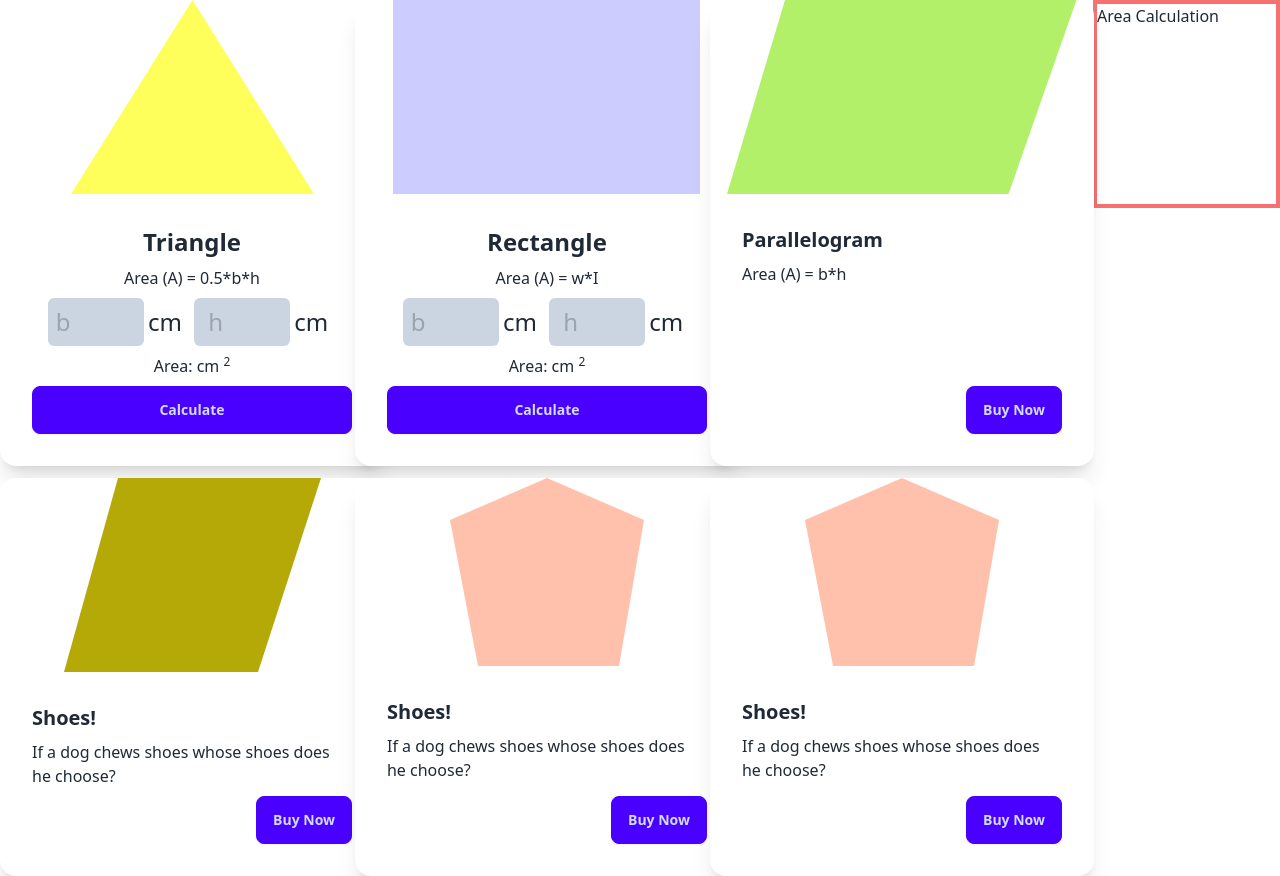
Repository: RudrasahaDibos/geometry
Page: index.html
The author's editor kept a copy of each file at every save. The page is drawn from the files as they stood at one save, then again after the next save.
The browser window is 1280 px wide. The pictures show the whole page.
Some web libraries are served in a nearby version.

Above is the page before, as saved 2024-11-03 22:16:22.

After the next save:
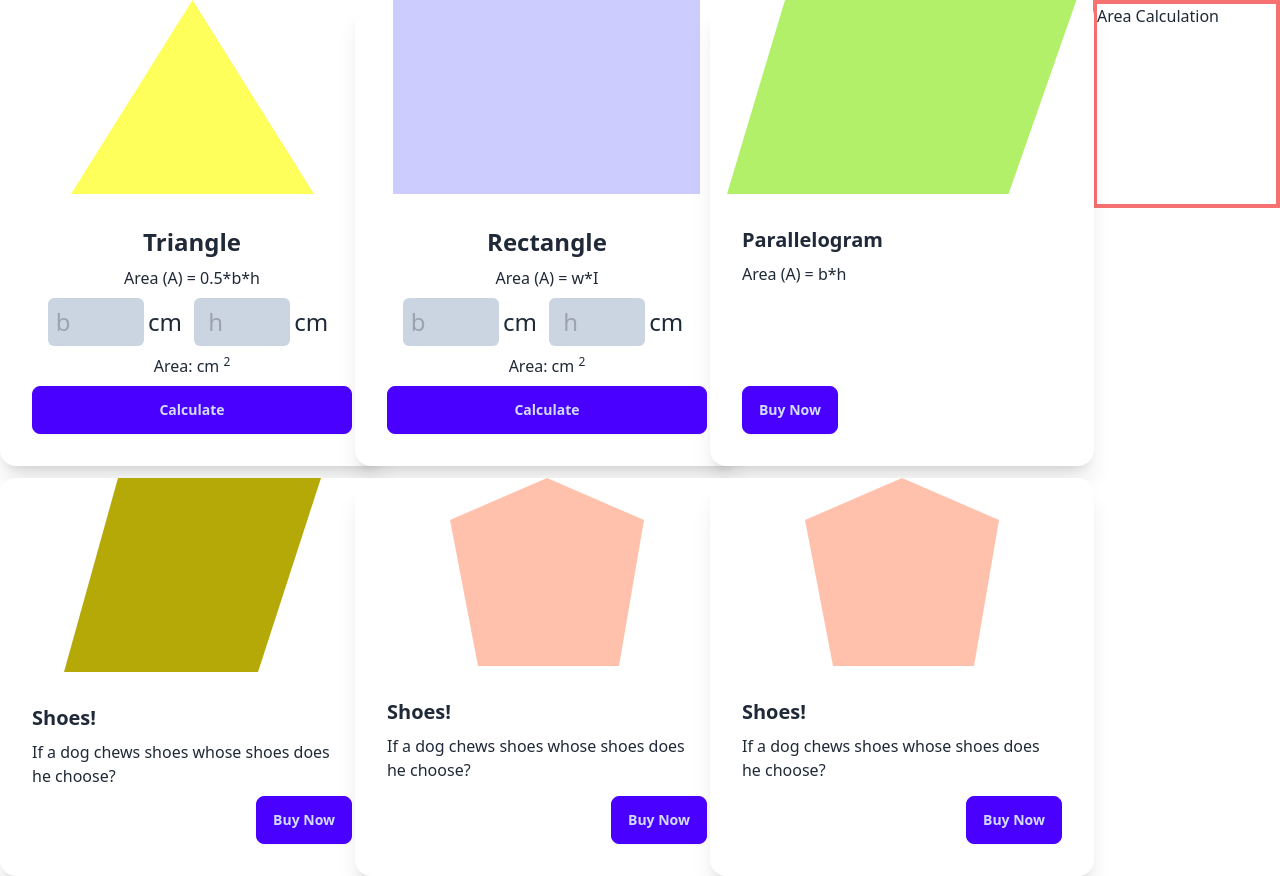
Saved 6 s later.
--- a/index.html
+++ b/index.html
@@ -87,7 +87,7 @@
                                 <div class="card-body">
                                   <h2 class="card-title">Parallelogram</h2>
                                   <p>Area (A) = b*h</p>
-                                  <div class="card-actions justify-end">
+                                  <div class="card-actions ">
                                     <button class="btn btn-primary">Buy Now</button>
                                   </div>
                                 </div>
